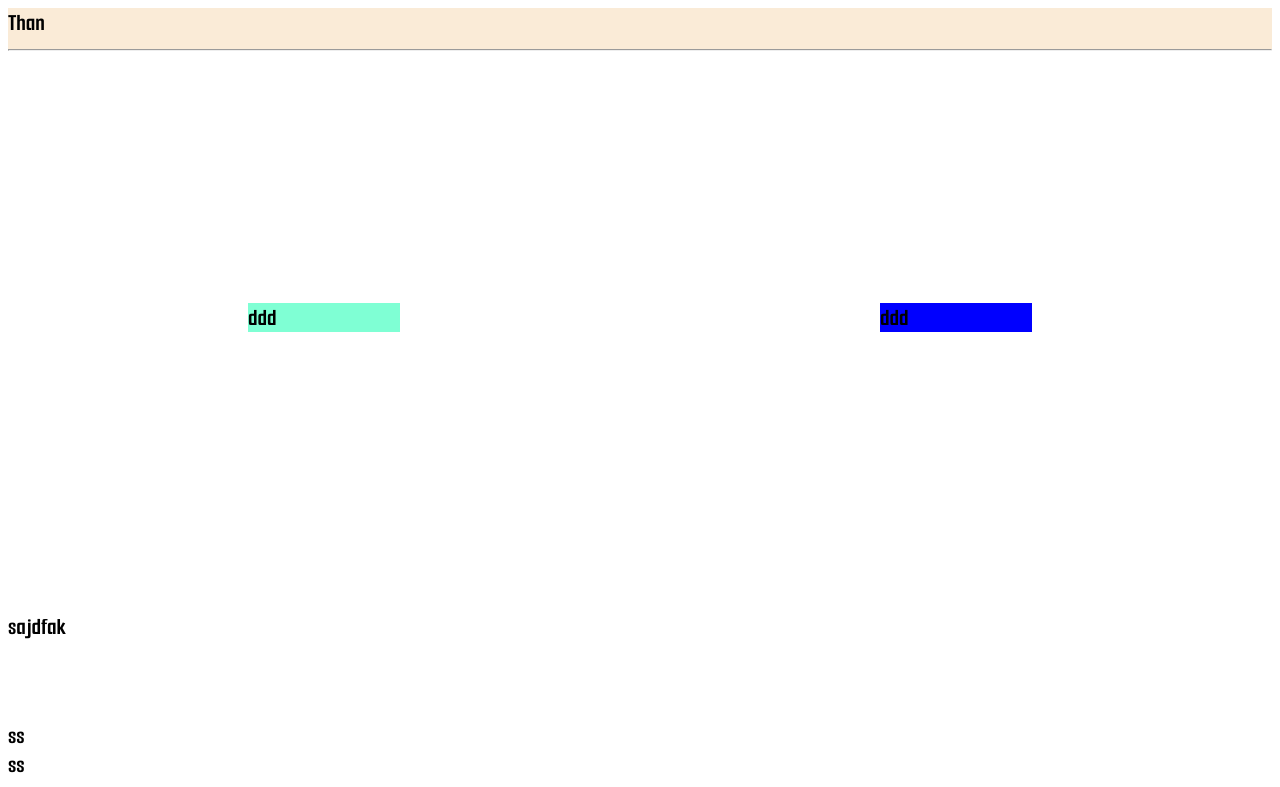
Repository: Than-dot/Than-dot
Page: index.html
The author's editor kept a copy of each file at every save. The page is drawn from the files as they stood at one save, then again after the next save.
The browser window is 1280 px wide. The pictures show the whole page.

Above is the page before, as saved 2026-04-22 12:41:24.

### index.html
<!doctype html>
<html lang="en">
  <head>
    <meta charset="UTF-8" />
    <meta name="viewport" content="width=device-width, initial-scale=1.0" />
    <title>Than</title>
    <link rel="stylesheet" href="styles/global.css" />
    <link rel="stylesheet" href="styles/index.css" />
  </head>

  <body>
    <header>
      <nav>Than</nav>
      <hr />
    </header>
    <main class="container">
      <article class="f-art">ddd</article>
      <aside class = "f-asi">ddd</aside>
      <article class="stats">sajdfak</article>
    </main>
    <article>ss</article>
    <aside>ss</aside>
  </body>
</html>

### styles/global.css
@font-face {
  font-family: Smooch-Sans;
  src: url(/assets/font/Roboto,Smooch_Sans/Smooch_Sans/SmoochSans-VariableFont_wght.ttf);
}

body {
  font-family: Smooch-Sans, sans-serif;
  font-weight: bold;
  font-size: 1.5rem;
}

### styles/index.css
.container {
  display: grid;
  grid-template-columns: auto auto;
}

header {
  background-color: antiquewhite;
}

.f-art {
  background-color: aquamarine;
  margin: 15rem;
  border: ;
}

.f-asi {
  background-color: blue;
  margin: 15rem;
}

.stats {
  margin-top: 2.5rem;
  margin-bottom: 5rem;
}

After the next save:
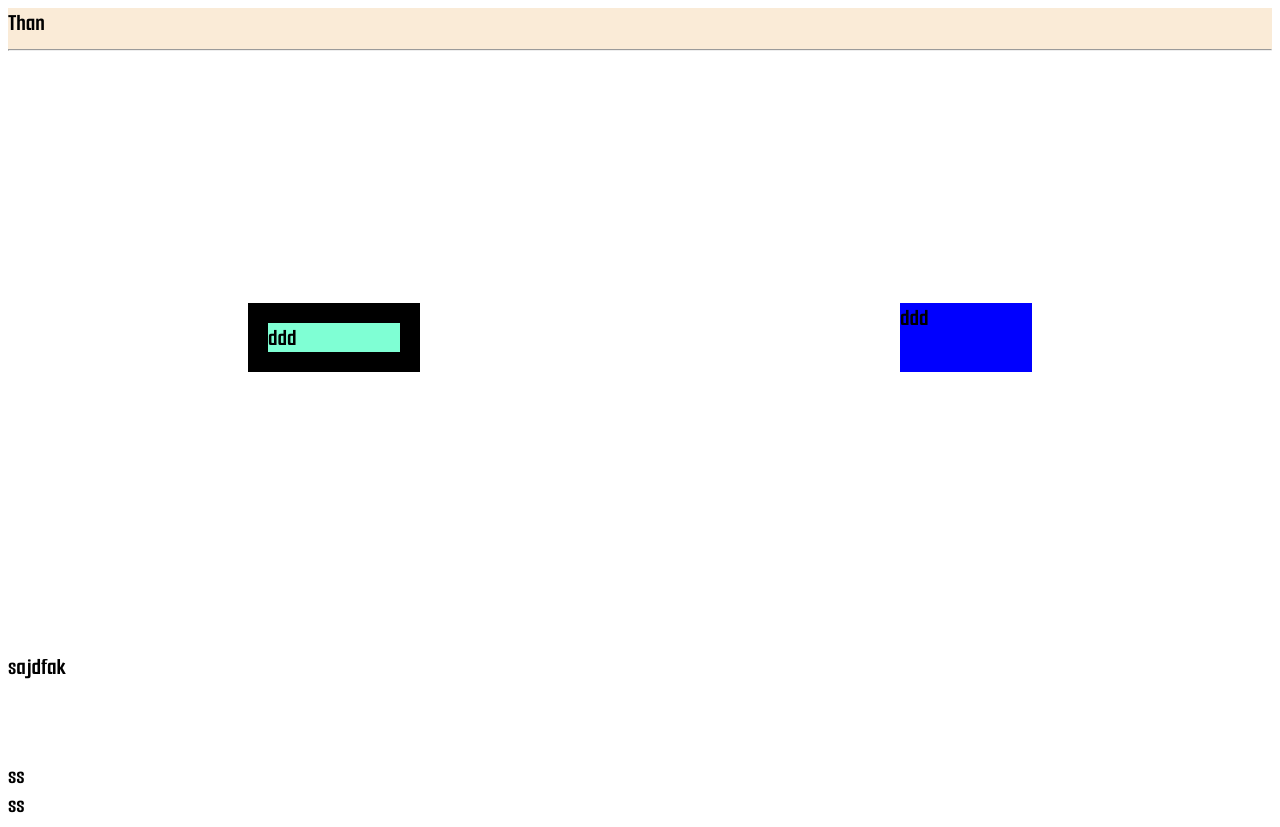
Saved 7 s later.
--- a/styles/index.css
+++ b/styles/index.css
@@ -10,7 +10,7 @@ header {
 .f-art {
   background-color: aquamarine;
   margin: 15rem;
-  border: ;
+  border: 20px solid black;
 }
 
 .f-asi {
